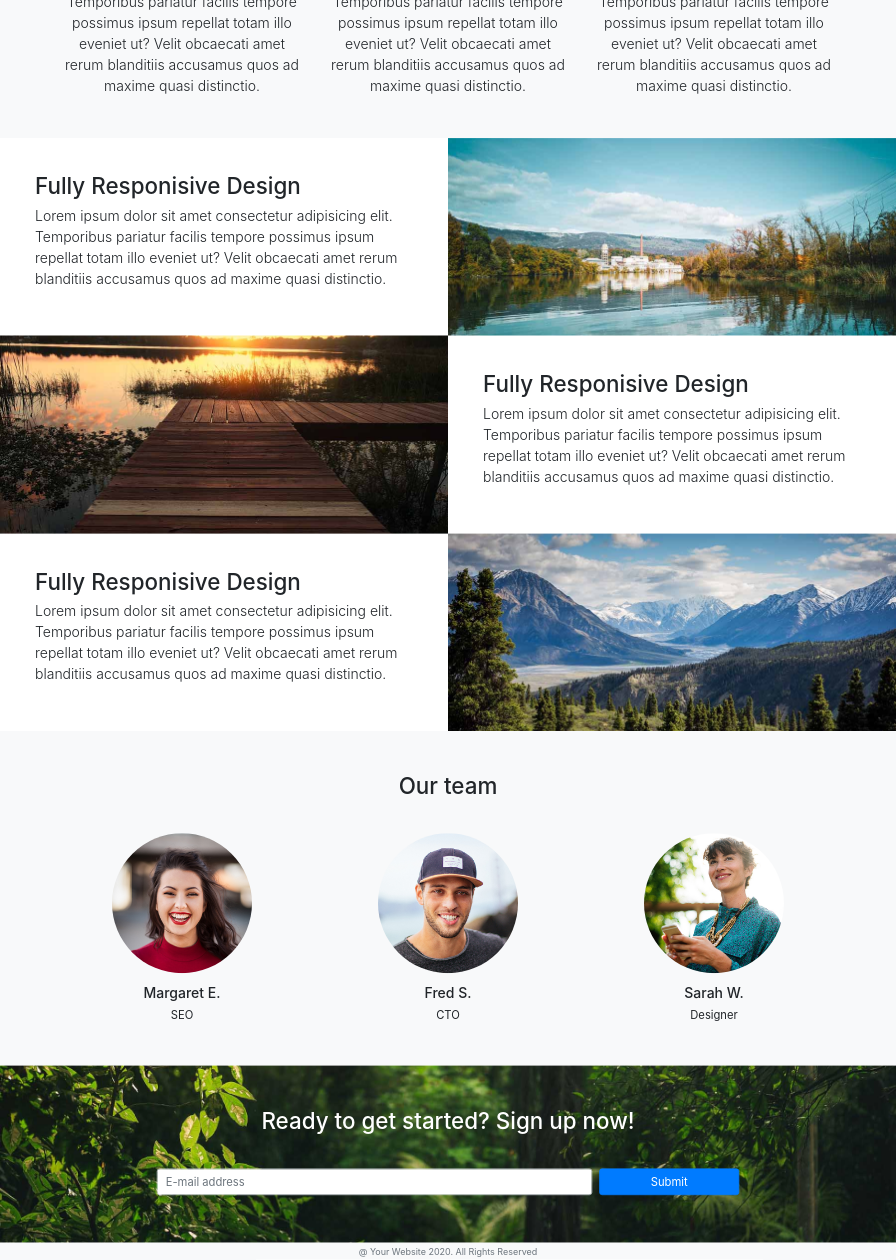
Repository: magdaf41/Bootstrap
Page: zadanie 3/index.html
These files come from the project's save history. The page is drawn as it stood at one moment and after the next save; the edit follows.
The browser window is 1280 px wide. The pictures show the part of the page from y = 755 to 2675 px (the page is 2555 px tall before and 2675 px after), at 70% of full size.

Above is the page before, as saved 2020-09-18 09:30:41.

After the next save:
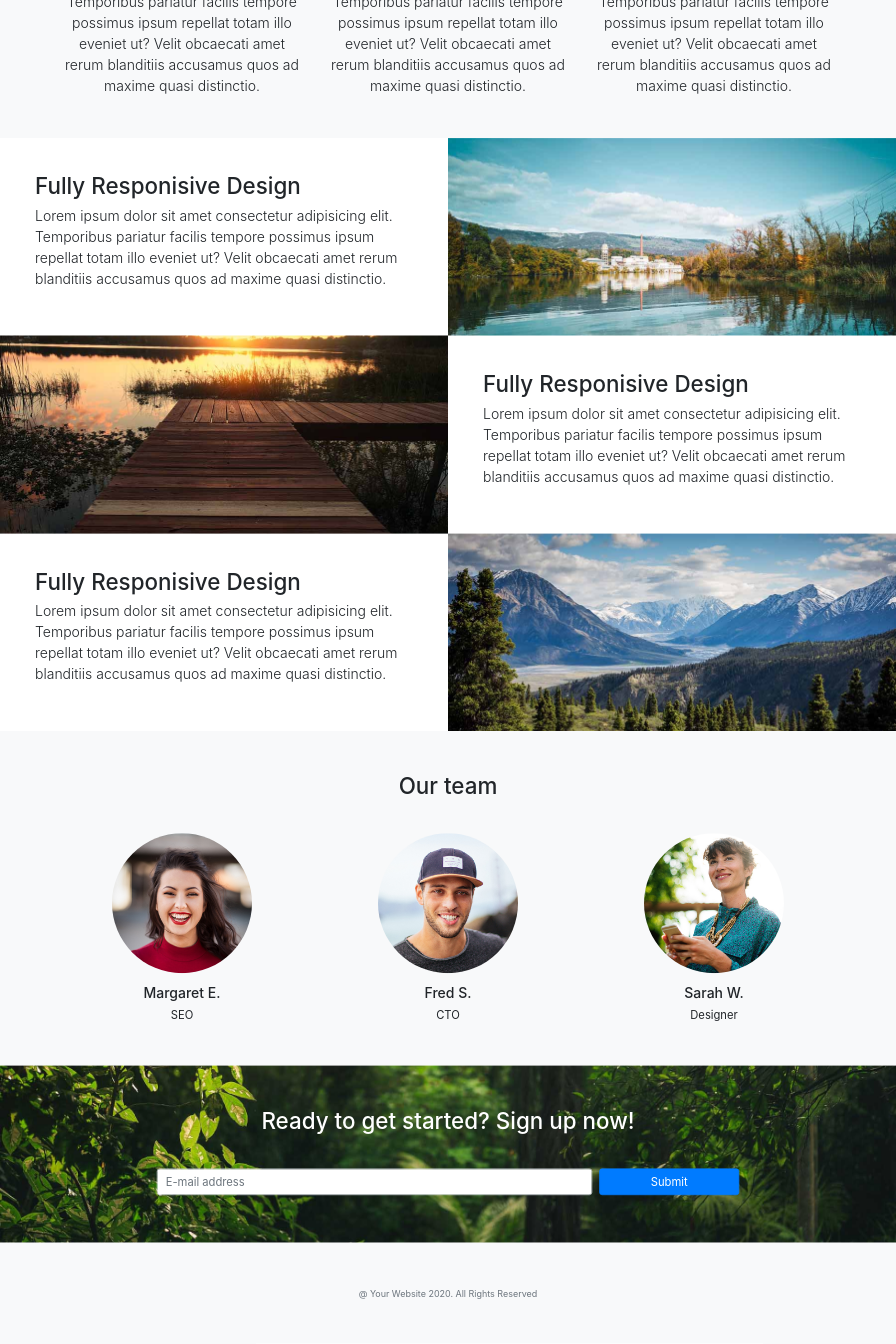
Saved 49 s later.
--- a/zadanie 3/css/style.css
+++ b/zadanie 3/css/style.css
@@ -1,4 +1,5 @@
-section {
+section,
+footer {
     padding: 60px 0;
 }
 
